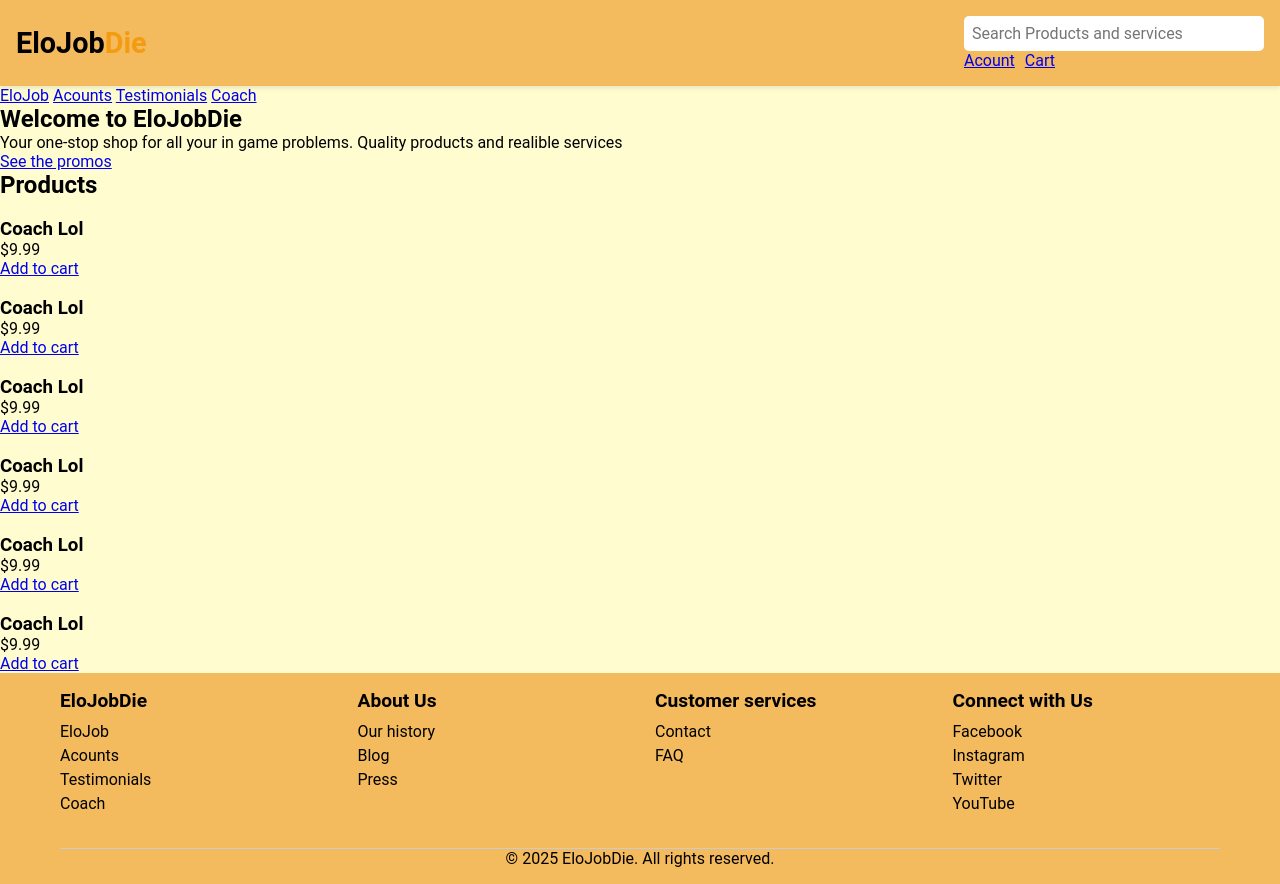
Repository: JustTheHero/web_online_store
Page: homePage.html
An editor plug-in stored every save of this project. The page is shown before and after the next save, followed by the edit.
The browser window is 1280 px wide. The pictures show the whole page.

Above is the page before, as saved 2025-04-24 11:09:29.

After the next save:
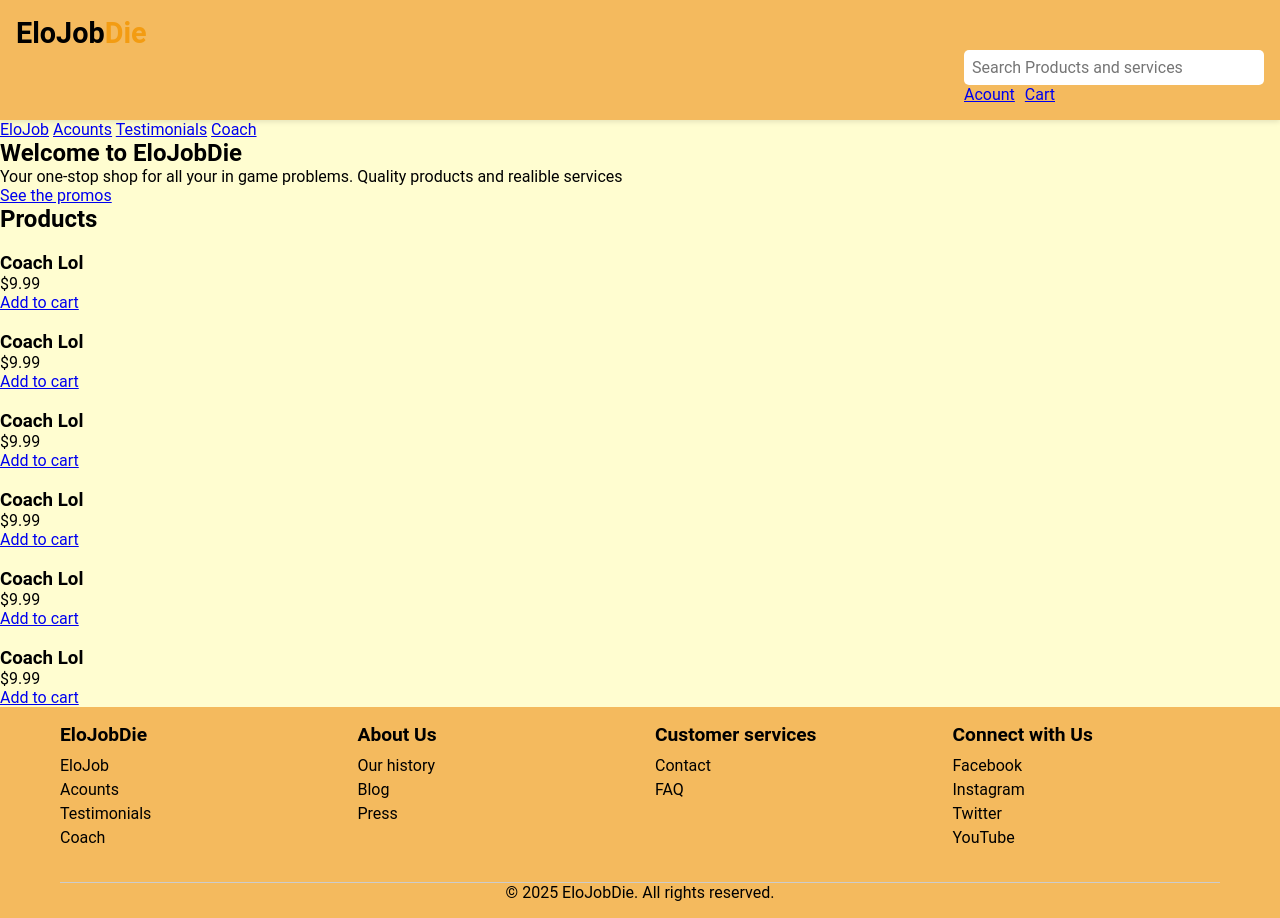
Saved 16 s later.
--- a/homePage.html
+++ b/homePage.html
@@ -39,12 +39,6 @@
             padding: 0 20px;
         }
 
-        .container_header{
-            display: flex;
-            justify-content: space-between;
-            align-items: center;
-
-        }
 
         footer{
             background-color: #f4ba5e;

After the save that followed:
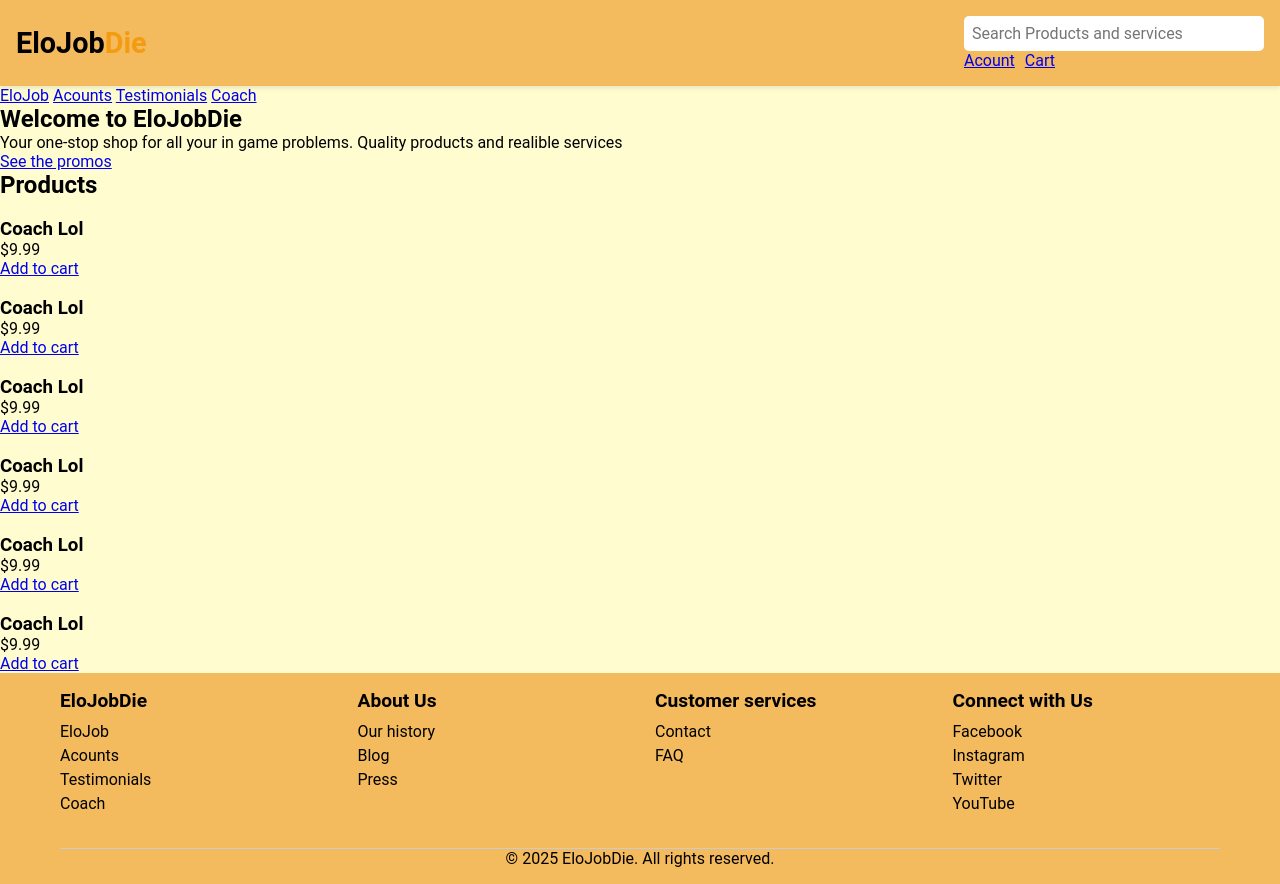
Saved 4 s later.
--- a/homePage.html
+++ b/homePage.html
@@ -39,6 +39,12 @@
             padding: 0 20px;
         }
 
+        .container_header{
+            display: flex;
+            justify-content: space-between;
+            align-items: center;
+
+        }
 
         footer{
             background-color: #f4ba5e;
